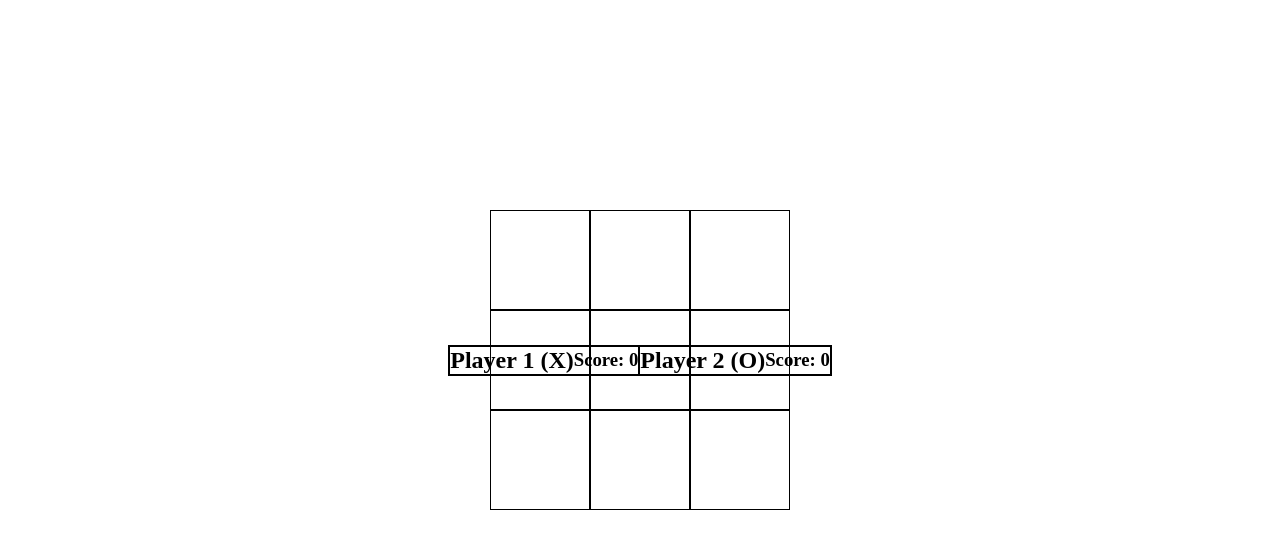
Repository: Dimitris2031/Tic-Tac-Toe
Page: main.html
The author's editor kept a copy of each file at every save. The page is drawn from the files as they stood at one save, then again after the next save.
The browser window is 1280 px wide. The pictures show the whole page.

Above is the page before, as saved 2025-09-05 23:45:21.

After the next save:
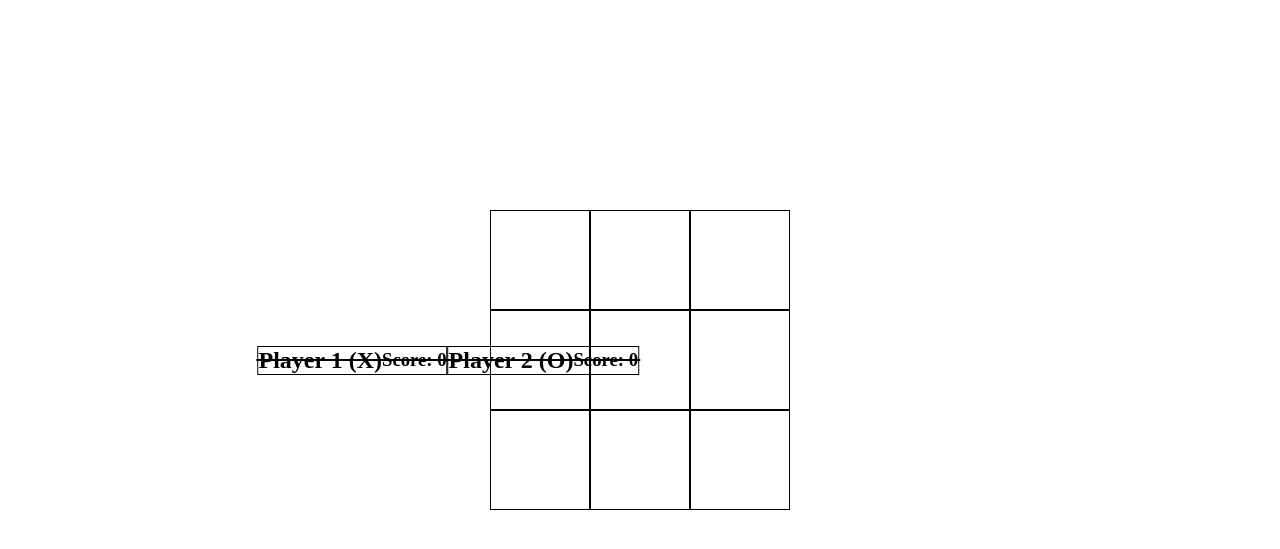
Saved 25 s later.
--- a/main.css
+++ b/main.css
@@ -28,4 +28,8 @@ div{
 
 .scoreboard{
     position: absolute;
+    top: 50%;
+    bottom: 50%;
+    transform:translate(-50%,-50%);
+    text-align: center;
 }
